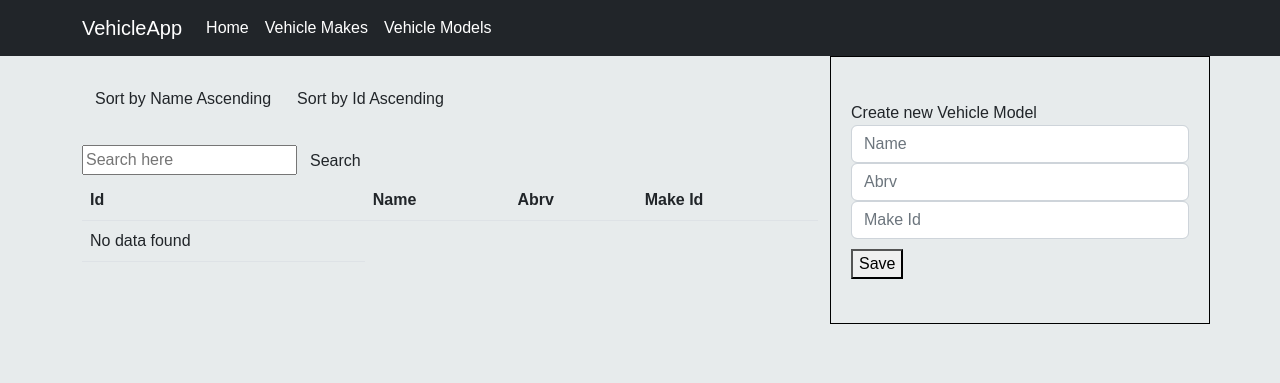
Repository: magdalenarajic/VehicleFrontend
Page: /Models
An editor plug-in stored every save of this project. The page is shown before and after the next save, followed by the edit.
The browser window is 1280 px wide. The pictures show the whole page.
The page's requests for data from a server got no answer. The project was rebuilt for these pictures with package versions that can differ from the ones it lists, and the page was loaded fresh each time. No one was signed in, and anything a server would have sent is missing. Also part of the build but not shown: src/components/Home.js, src/services/makeService.js, src/stores/makeStore.js, src/components/VehicleMake.js.

Above is the page before, as saved 2023-03-10 19:43:40.

### public/index.html
<!DOCTYPE html>
<html lang="en">
  <head>
    <meta charset="utf-8" />
    <link rel="icon" href="%PUBLIC_URL%/favicon.ico" />
    <meta name="viewport" content="width=device-width, initial-scale=1" />
    <meta name="theme-color" content="#000000" />
    <meta
      name="description"
      content="Web site created using create-react-app"
    />
    <link rel="apple-touch-icon" href="%PUBLIC_URL%/logo192.png" />
    <!--
      manifest.json provides metadata used when your web app is installed on a
      user's mobile device or desktop. See https://developers.google.com/web/fundamentals/web-app-manifest/
    -->
    <link rel="manifest" href="%PUBLIC_URL%/manifest.json" />
    <!--
      Notice the use of %PUBLIC_URL% in the tags above.
      It will be replaced with the URL of the `public` folder during the build.
      Only files inside the `public` folder can be referenced from the HTML.

      Unlike "/favicon.ico" or "favicon.ico", "%PUBLIC_URL%/favicon.ico" will
      work correctly both with client-side routing and a non-root public URL.
      Learn how to configure a non-root public URL by running `npm run build`.
    -->
    <link
  rel="stylesheet"
  href="https://cdn.jsdelivr.net/npm/bootstrap@5.2.3/dist/css/bootstrap.min.css"
  integrity="sha384-rbsA2VBKQhggwzxH7pPCaAqO46MgnOM80zW1RWuH61DGLwZJEdK2Kadq2F9CUG65"
  crossorigin="anonymous"
/>
    <title>React App</title>
  </head>
  <body>
    <noscript>You need to enable JavaScript to run this app.</noscript>
    <div id="root"></div>
    <!--
      This HTML file is a template.
      If you open it directly in the browser, you will see an empty page.

      You can add webfonts, meta tags, or analytics to this file.
      The build step will place the bundled scripts into the <body> tag.

      To begin the development, run `npm start` or `yarn start`.
      To create a production bundle, use `npm run build` or `yarn build`.
    -->
  </body>
</html>

### src/index.css
body {
  background-color: rgb(231, 235, 236);
  font-family: -apple-system, BlinkMacSystemFont, 'Segoe UI', 'Roboto', 'Oxygen',
    'Ubuntu', 'Cantarell', 'Fira Sans', 'Droid Sans', 'Helvetica Neue',
    sans-serif;
}

code {
  font-family: source-code-pro, Menlo, Monaco, Consolas, 'Courier New',
    monospace;
}

### src/App.js
import './App.css';
import { Home } from './components/Home';
import VehicleMake  from './components/VehicleMake';
import {Navigation} from './components/Navigation';
import VehicleModel from './components/VehicleModel';

import {BrowserRouter, Route, Routes} from 'react-router-dom';

function App() {
  return (
    <BrowserRouter>
    <div >
    <header>
      </header>
      <div>
      <Navigation/>
       <Routes>
        <Route path='/' element={<Home/>} />
        <Route path='/Makes' element={<VehicleMake/>} />
        <Route path='/Models' element={<VehicleModel/>} />
       </Routes>
    </div>
    </div>
    </BrowserRouter>
  );
}

export default App;

### src/App.css
.App {
  text-align: center;
}
body {
  font-family: Arial;
}

### src/components/Navigation.js
import React, { Component } from "react";
import { Navbar, Nav , Container} from "react-bootstrap";


export class Navigation extends Component {
  render() {
    return (
      <Navbar bg="dark" variant="dark">
      <Container>
      <Navbar.Brand href="#home">VehicleApp </Navbar.Brand>
        <Nav variant="pills" className="me-auto" >
          <Nav.Link className="d-inline p-2 text-white " href="/">
            Home
          </Nav.Link>
          <Nav.Link className="d-inline p-2 text-white" href="/makes">
            Vehicle Makes
          </Nav.Link>
          <Nav.Link className="d-inline p-2 text-white" href="/models">
            Vehicle Models
          </Nav.Link>
        </Nav>
        </Container>
      </Navbar>
    );
  }
}

### src/components/VehicleModel.js
import React, { useEffect, useState } from "react";
import { Observer } from "mobx-react";
import modelStore from "../stores/modelStore";
import { Container, Table, Col, Row, CloseButton } from "react-bootstrap";

const ModelList = () => {
  const [showForm, setShowForm] = useState(false);
  const handleShow = () => setShowForm(true);

  const [error, setErrorForm] = useState(false);
  const handleError = () => setErrorForm(true);

  const [name, setName] = useState("");
  const [abrv, setAbrv] = useState("");
  const [makeId, setMakeId] = useState("");

  const [editName, setEditName] = useState("");
  const [editAbrv, setEditAbrv] = useState("");
  const [editId, setEditId] = useState("");

  const [searchInput, setSearchInput] = useState("");

  useEffect(() => {
    modelStore.getData();
  }, []);

  const getSingleData = (id) => {
    handleShow();
    modelStore.getSingleData(id).then((result) => {
      setEditName(result.data.Name);
      setEditAbrv(result.data.Abrv);
      setEditId(result.data.Id);
    });
  };

  const updateData = () => {
    const data = {
      name: editName,
      abrv: editAbrv,
    };
    const id = {
      Id: editId,
    };
    console.log(data, id);
    modelStore.updateData(editName, editAbrv, editId);
    setEditName("");
    setEditAbrv("");
    setEditId("");
  };

  const deleteData = (id) => {
    modelStore.deleteData(id);
  };

  const saveData = () => {
    if (abrv === "" && name === "" && makeId === "") {
      handleError();
    } else {
      modelStore.createData(abrv, name, makeId);
      setName("");
      setAbrv("");
      setMakeId("");
      window.location.reload(true);
    }
  };

  const handleSort = () => {
    modelStore.sortData();
  };

  const handleGetData = () => {
    modelStore.getData();
  };

  const handleFilterData = () => {
    console.log(searchInput);
    modelStore.filterDataByName(searchInput);
    setSearchInput("");
  };

  return (
    <Observer>
      {() => (
        <>
          <Container>
            <Row>
              <Col sm={8}>
                <Col>
                  {" "}
                  <br />
                  <button
                    variant="outline-dark"
                    className="btn "
                    onClick={() => handleSort()}
                  >
                    Sort by Name Ascending
                  </button>
                  <button
                    variant="outline-dark"
                    className="btn"
                    onClick={() => handleGetData()}
                  >
                    Sort by Id Ascending
                  </button>
                </Col>
                <Col>
                  <br />
                  <input
                    type={"text"}
                    placeholder="Search here"
                    value={searchInput}
                    onChange={(e) => setSearchInput(e.target.value)}
                  />
                  <button className="btn" onClick={handleFilterData}>
                    Search
                  </button>
                </Col>
                <Table>
                  <thead>
                    <tr>
                      <th> Id </th>
                      <th> Name</th>
                      <th> Abrv</th>
                      <th> Make Id</th>
                    </tr>
                  </thead>
                  <tbody>
                    {modelStore.vehicleData &&
                    modelStore.vehicleData.length > 0 ? (
                      modelStore.vehicleData.map((model, index) => {
                        return (
                          <tr key={index}>
                            <td>{model.Id}</td>
                            <td>{model.Name}</td>
                            <td>{model.Abrv}</td>
                            <td> {model.MakeId} </td>
                            <td>
                              <button
                                className="btn btn-dark"
                                onClick={() => deleteData(model.Id)}
                                style={{
                                  marginRight: "10px",
                                }}
                              >
                                Delete
                              </button>
                              <button
                                className="btn btn-dark"
                                onClick={() => getSingleData(model.Id)}
                              >
                                Edit
                              </button>
                            </td>
                          </tr>
                        );
                      })
                    ) : (
                      <tr>
                        <td>No data found</td>
                      </tr>
                    )}
                  </tbody>
                </Table>
              </Col>
              <Col
                sm={4}
                style={{
                  height: "95%",
                  border: "1px solid black",
                  alignSelf: "center",
                  padding: "20px",
                }}
              >
                <br />
                <label> Create new Vehicle Model</label>
                <br />
                <input
                  type={"text"}
                  className="form-control"
                  placeholder="Name"
                  value={name}
                  onChange={(e) => setName(e.target.value)}
                  required
                ></input>
                <input
                  type={"text"}
                  className="form-control"
                  placeholder="Abrv"
                  value={abrv}
                  onChange={(e) => setAbrv(e.target.value)}
                  required
                ></input>
                <input
                  type={"text"}
                  className="form-control"
                  placeholder="Make Id"
                  value={makeId}
                  onChange={(e) => setMakeId(e.target.value)}
                ></input>
                <Col>
                  <button
                    className="create-button"
                    onClick={() => saveData()}
                    style={{
                      marginTop: "10px",
                    }}
                  >
                    Save
                  </button>
                </Col>
                {error && (
                  <Col>
                    <label> Please enter name and abrv!</label>
                  </Col>
                )}
                <br></br>
              </Col>
            </Row>
            {showForm && (
              <Col
              style={{
                height: "95%",
                border: "1px solid black",
                alignSelf: "center",
                padding: "20px",
              }}
              >
                <Col>
                  <CloseButton
                    style={{ float: "right" }}
                    variant="dark"
                    onClick={() => setShowForm(false)}
                  />
                  <br />
                </Col>
                <label> Update Vehicle Model</label>
                <br />
                <input
                  type={"text"}
                  className="form-control"
                  placeholder="Name"
                  value={editName}
                  onChange={(e) => setEditName(e.target.value)}
                ></input>
                <input
                  type={"text"}
                  className="form-control"
                  placeholder="Abrv"
                  value={editAbrv}
                  onChange={(e) => setEditAbrv(e.target.value)}
                ></input>
                <Col>
                  <button
                    className="create-button"
                    style={{
                      marginTop: "10px",
                    }}
                    onClick={() => updateData()}
                  >
                    Save Changes
                  </button>
                </Col>
                <br></br>
              </Col>
            )}
          </Container>
        </>
      )}
    </Observer>
  );
};

export default ModelList;

### src/stores/modelStore.js
import { observable, action, makeObservable } from "mobx";
import modelService from "../services/modelService";

class ModelStore {
  constructor() {
    makeObservable(this, {
      status: observable,
      vehicleData: observable,
      singleData: observable,
      getData: action,
      createData: action,
      deleteData: action,
      updateData: action,
      getSingleData: action,
    });
  }

  status = "initial";
  vehicleData = [];
  singleData = [];

  getData = () => {
    modelService
      .getVehicleModels()
      .then((result) => {
        this.vehicleData = result.data;
      })
      .catch((error) => {
        console.log(error);
        this.status = "error";
      });
  };

  getSingleData = (id) => {
    return modelService.getVehicleModel(id);
  };

  createData = (abrv, name, makeId) => {
    const vehicleData = { Abrv: abrv, Name: name, MakeId: makeId };

    modelService.postVehicleModel(vehicleData).then((response) => {
      if (response.body === true) {
        this.status = "success";
        this.getData();
      }
    });
  };

  deleteData = (id) => {
    modelService.deleteVehicleModel(id).then((response) => {
      this.getData();
    });
  };

  updateData = (name, abrv, id) => {
    const singleData = { Name: name, Abrv: abrv };
    modelService.putVehicleModel(id, singleData).then((response) => {
      console.log(response);
      this.getData();
    });
  };

  sortData = () => {
    modelService
      .getOrderedModels()
      .then((result) => {
        this.vehicleData = result.data;
      })
      .catch((error) => {
        console.log(error);
        this.status = "error";
      });
  };

  filterDataByName = (searchInput) => {
    const name = searchInput;
    modelService.getFilteredModels(name)
    .then((result) => {
      this.vehicleData = result.data;
      console.log(result);
    })
    .catch((error) => {
      console.log(error);
      this.status = "error";
    });
  }

}

const modelStore = new ModelStore();

export default modelStore;

### src/services/modelService.js
import axios from "axios";

const errorHandler = (error) => {
  console.log(error);
};

const baseUrl = "https://localhost:44304/api/VehicleModels";

class ModelService {
  getVehicleModels = () => {
    return axios.get(`${baseUrl}`).catch(errorHandler);
  };

  getVehicleModel = (id) => {
    return axios.get(`${baseUrl}/${id}`).catch(errorHandler);
  };

  item = {
    Name: " ",
    Abrv: " ",
    MakeId: " ",
  };
  postVehicleModel = (item) => {
    return axios.post(`${baseUrl}`, item).catch(errorHandler);
  };

  deleteVehicleModel = (id) => {
    return axios.delete(`${baseUrl}/${id}/`).catch(errorHandler);
  };

  putVehicleModel = (id, item) => {
    return axios.put(`${baseUrl}/${id}`, item).catch(errorHandler);
  };

  getOrderedModels = () => {
    return axios
    .get("https://localhost:44304/api/OrderedVehicleModels")
    .catch(errorHandler);
  };

 getFilteredModels = (name) => {
    return axios
      .get(`https://localhost:44304/api/FilteredVehicleModels?name=${name}`)
      .catch(errorHandler);
  };



}

const modelService = new ModelService();
export default modelService;

Loaded but not shown: src/index.js (common file); src/reportWebVitals.js (common file)

After the next save:
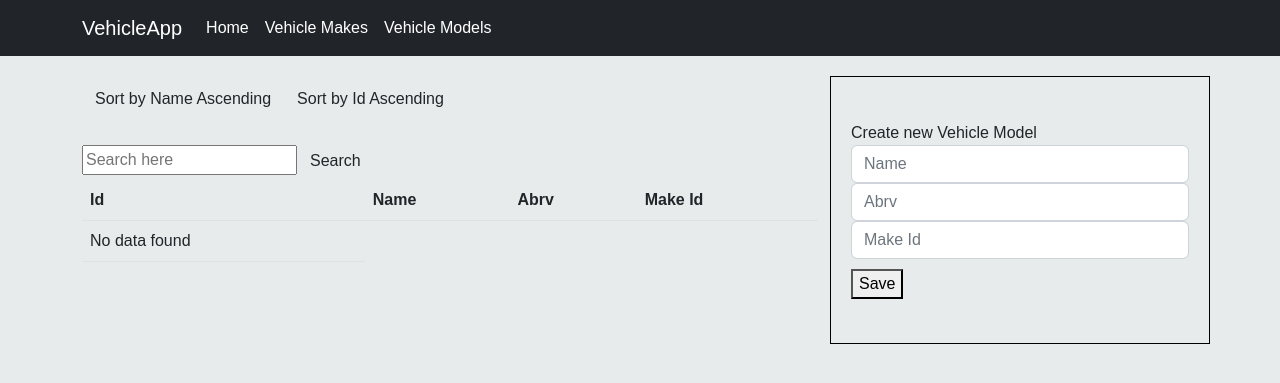
Saved 3 min 51 s later.
--- a/src/components/VehicleModel.js
+++ b/src/components/VehicleModel.js
@@ -169,6 +169,7 @@ const ModelList = () => {
                   border: "1px solid black",
                   alignSelf: "center",
                   padding: "20px",
+                  marginTop: "20px"
                 }}
               >
                 <br />
